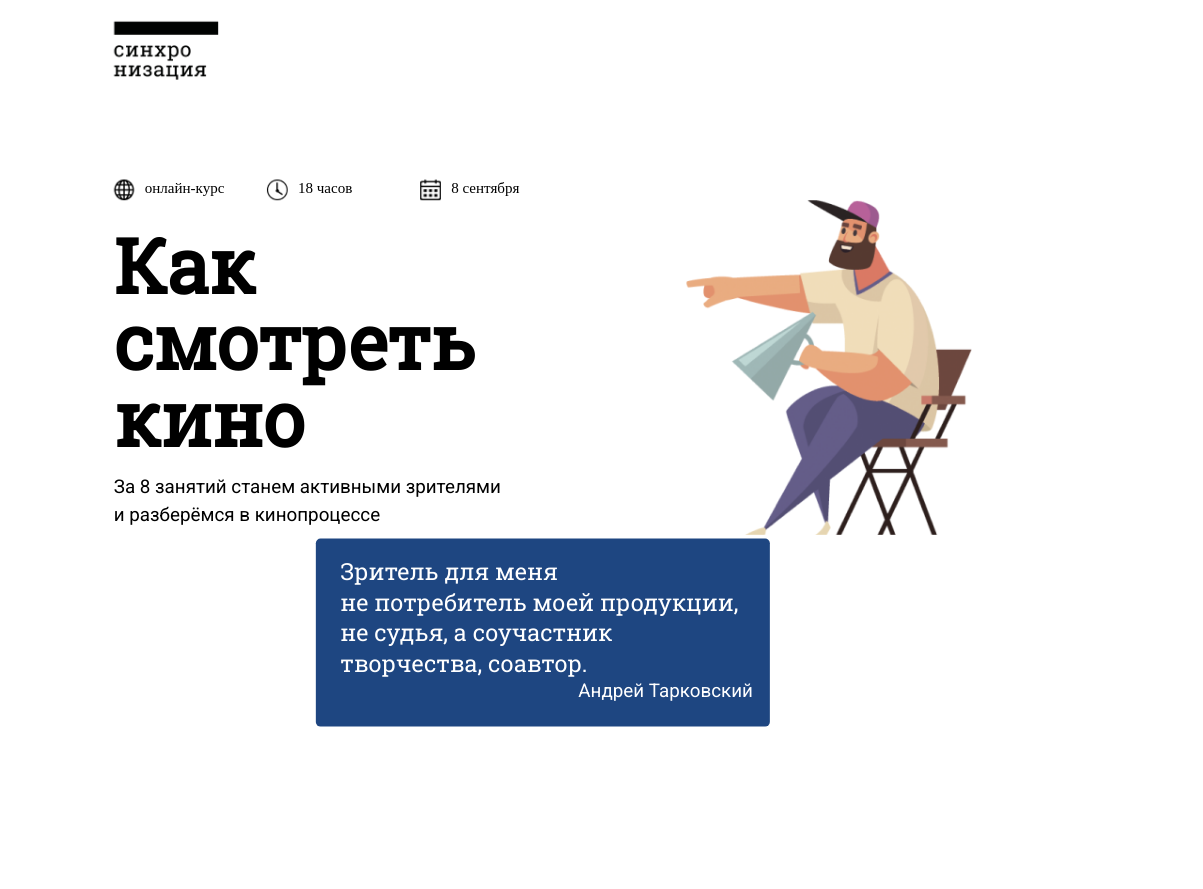
Repository: NatiqSamiyev/fiqma-task-top
Page: index.html
These files come from the project's save history. The page is drawn as it stood at one moment and after a run of saves; the edit follows.
The browser window is 1280 px wide. The pictures show the whole page, at 94% of full size.

Above is the page before, as saved 2023-08-16 15:30:24.

### index.html
<!DOCTYPE html>
<html lang="en">
  <head>
    <meta charset="UTF-8" />
    <meta name="viewport" content="width=device-width, initial-scale=1.0" />
    <link rel="stylesheet" href="index.css" />
    <title>Document</title>
  </head>
  <body>
    <div class="container">
      <img src="./images/logo_mobile_black 1.png" alt="" />

      <ul>
        <li>
          <img src="./images/globe.png" alt="" />
          <p>онлайн-курс</p>
        </li>

        <li>
          <img src="./images/img_135744.png" alt="" />
          <p>18 часов</p>
        </li>

        <li>
          <img src="./images/calendar_2.png" alt="" />
          <p>8 сентября</p>
        </li>
      </ul>

      <div class="top-container">
        <div class="box-1">
          <h1>Как смотреть кино</h1>
          <br />
          <p>
            За 8 занятий станем активными зрителями<br />
            и разберёмся в кинопроцессе
          </p>
        </div>

        <div class="box-2">
          <img src="./images/noroot 1.png" alt="" />
        </div>
      </div>

      <div class="bottum-container">
        <p>
          Зритель для меня
          <br />не потребитель моей продукции, не судья, а соучастник
          творчества, соавтор.
        </p>

        <h2>Андрей Тарковский</h2>
      </div>
    </div>
  </body>
</html>

### index.css
@import url("https://fonts.googleapis.com/css2?family=Roboto+Slab&family=Roboto:wght@400;700&display=swap");
* {
  margin: 0;
  padding: 0;
  box-sizing: border-box;
}

.container {
  width: 100%;
  padding: 21px 246px 173px 121px;
}

.container ul {
  margin-top: 100px;
  display: flex;
  list-style-type: none;
}

.container ul img {
  width: 22px;
  height: 22px;
}

.container ul li p {
  width: 130px;
  margin-left: 11px;
}

.container ul li {
  display: flex;
  justify-content: space-between;
}

.top-container {
  display: flex;
}

.box-1 {
  width: 628px;
  margin: 29px 0px 0 0;
}

.box-1 h1 {
  color: #000;
  font-family: Roboto Slab;
  font-size: 80px;
  font-style: normal;
  font-weight: 700;
  line-height: 101.385%;
}

.box-1 p {
  color: #000;
  font-family: Roboto;
  font-size: 20px;
  font-style: normal;
  font-weight: 400;
  line-height: 150%;
}

.box-2 {
  margin-left: 140px;
}

.box-2 img {
  width: 304px;
  height: 356px;
}

.bottum-container {
  padding: 19px 18px 0 26px;
  width: 483px;
  height: 200px;
  margin-top: 87px ;
  margin: auto;
  border-radius: 5px;
  background: #1e4681;
}

.bottum-container p {
  color: #fff;
  font-family: Roboto Slab;
  font-size: 25px;
  font-style: normal;
  font-weight: 400;
  line-height: 130%;
}

.bottum-container h2 {
  color: #fff;
  text-align: right;
  font-family: Roboto;
  font-size: 20px;
  font-style: normal;
  font-weight: 400;
  line-height: 130%;
}

After the next 3 saves:
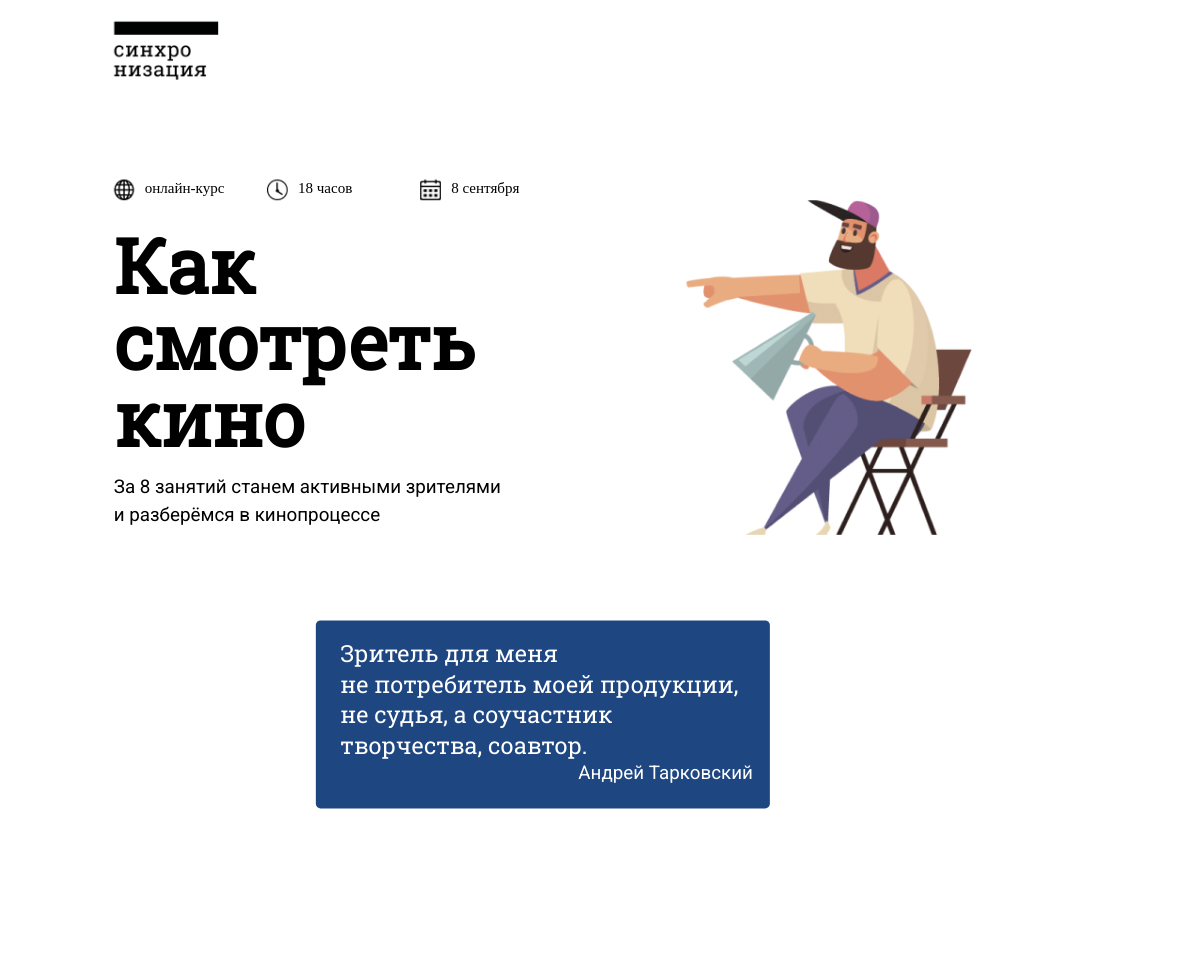
The 3 saves are shown as one change because they came seconds apart.
The last was saved 79 s later.
--- a/index.css
+++ b/index.css
@@ -71,8 +71,8 @@
   padding: 19px 18px 0 26px;
   width: 483px;
   height: 200px;
+  margin: auto;
   margin-top: 87px ;
-  margin: auto;
   border-radius: 5px;
   background: #1e4681;
 }
